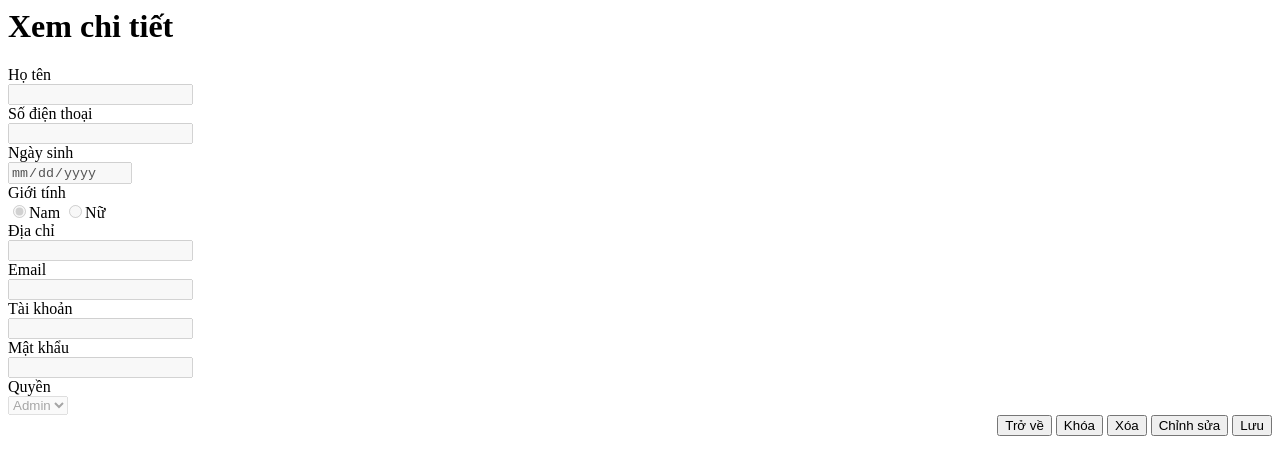
Repository: gohanmystic/T04_webraovat
Page: webraovat/webraovat/WebContent/app/admin/user/user-detail.html
An editor plug-in stored every save of this project. The page is shown before and after the next save, followed by the edit.
The browser window is 1280 px wide. The pictures show the whole page.

Above is the page before, as saved 2017-12-01 10:31:19.

After the next save:
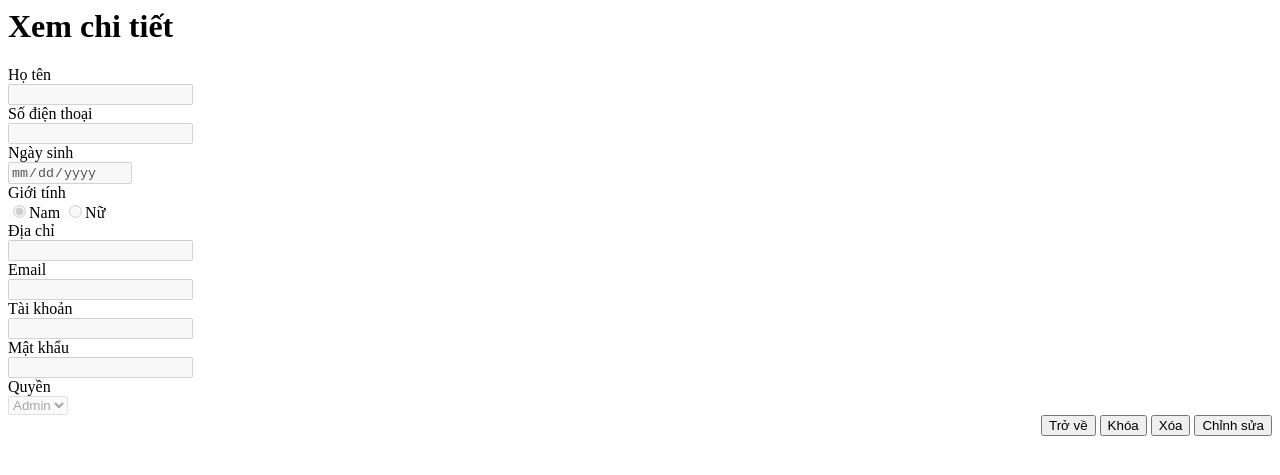
Saved 47 min 15 s later.
--- a/webraovat/webraovat/WebContent/app/admin/user/user-detail.html
+++ b/webraovat/webraovat/WebContent/app/admin/user/user-detail.html
@@ -88,7 +88,6 @@
                     <button type="button" class="btn btn-warning" ng-click="vm.block(vm.user.userID)"><i class="fa fa-lock fa-fw"></i>Khóa</button>
                     <button type="button" class="btn btn-danger" ng-click="vm.delete(vm.user.userID)"><i class="fa fa-trash fa-fw"></i>Xóa</button>
                     <button type="button" class="btn btn-info" ui-sref="user-update({userID : vm.user.userID})"><i class="fa fa-pencil fa-fw"></i>Chỉnh sửa</button>
-                    <button ng-click="vm.save()" type="button" class="btn btn-success"><i class="fa fa-floppy-o fa-fw"></i>Lưu</button>
                 </div>
             </form>
         </div>
